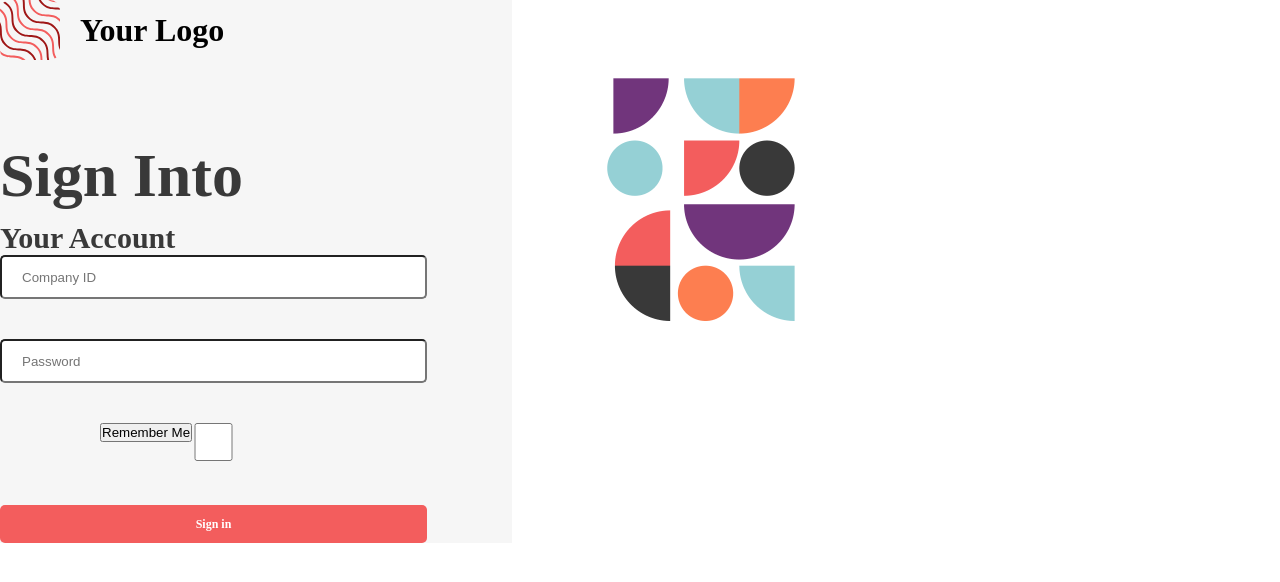
Repository: kubrazamanova/Form-lesson2
Page: index.html
The author's editor kept a copy of each file at every save. The page is drawn from the files as they stood at one save, then again after a run of saves.
The browser window is 1280 px wide. The pictures show the whole page.

Above is the page before, as saved 2023-10-28 10:21:11.

After the next 2 saves:
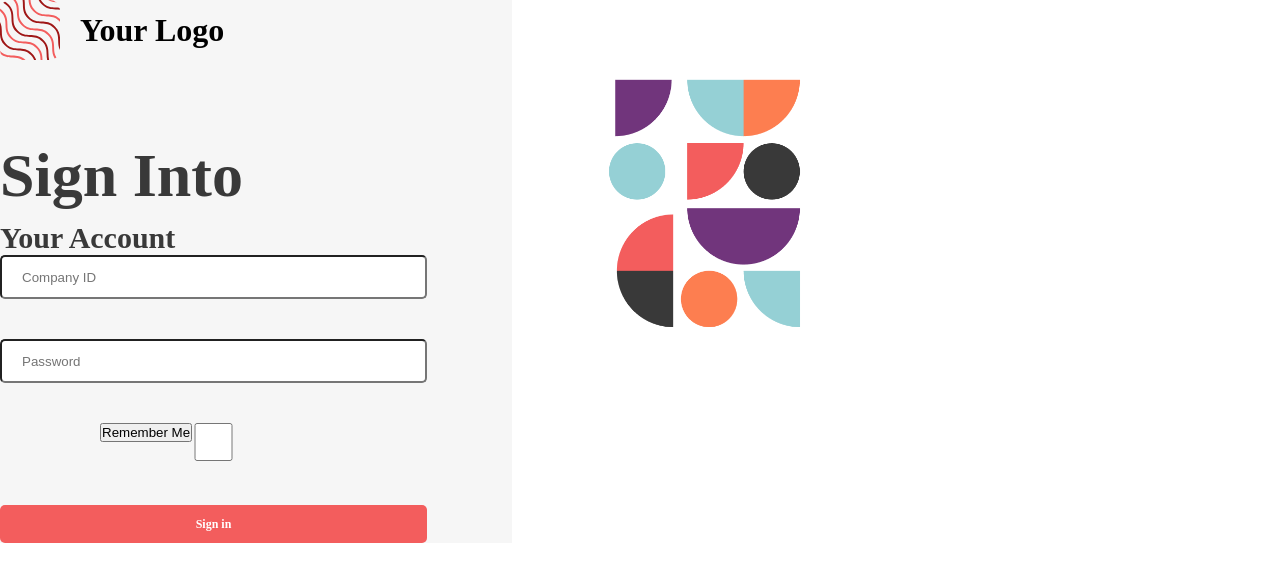
The 2 saves are shown as one change because they came seconds apart.
The last was saved 10 s later.
--- a/index.css
+++ b/index.css
@@ -12,6 +12,9 @@
 .container .left-side{
   background: #f6f6f6;
   width: 40%;
+}
+.container .right-side{
+  width: 60%;
 }
 .container .left-side .logo {
   display: flex;
